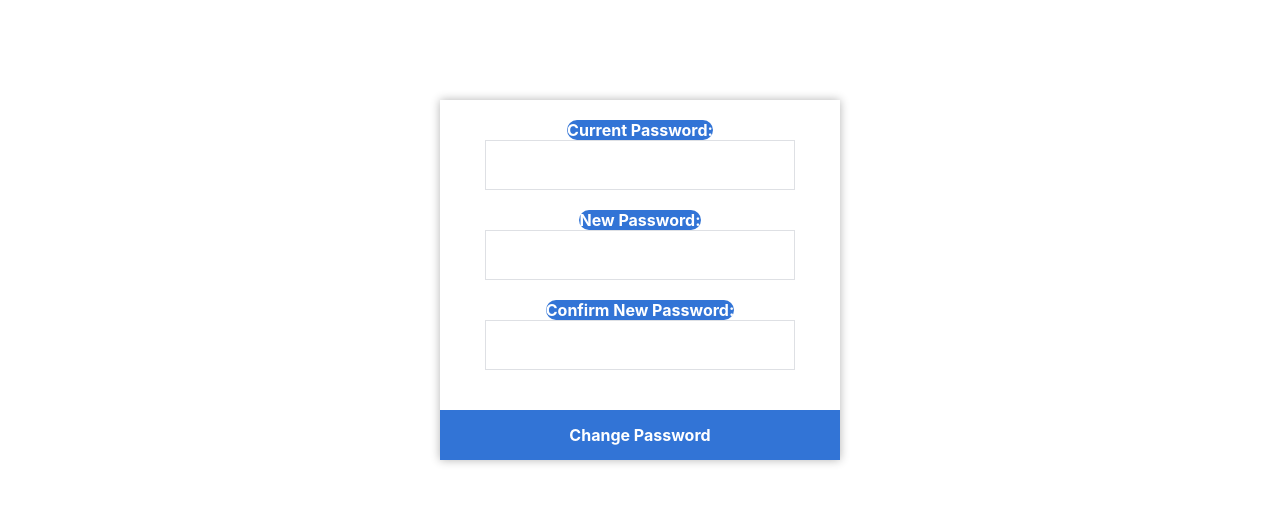
Repository: beroge/proactiveIT
Page: http://localhost/phplogin/change.php
The author's editor kept a copy of each file at every save. The page is drawn from the files as they stood at one save, then again after a run of saves.
The browser window is 1280 px wide. The pictures show the whole page.
The page is run by PHP 8.4 with error messages shown; the project is at /var/www/html/.

Above is the page before, as saved 2023-05-01 14:25:12.

After the next 4 saves:
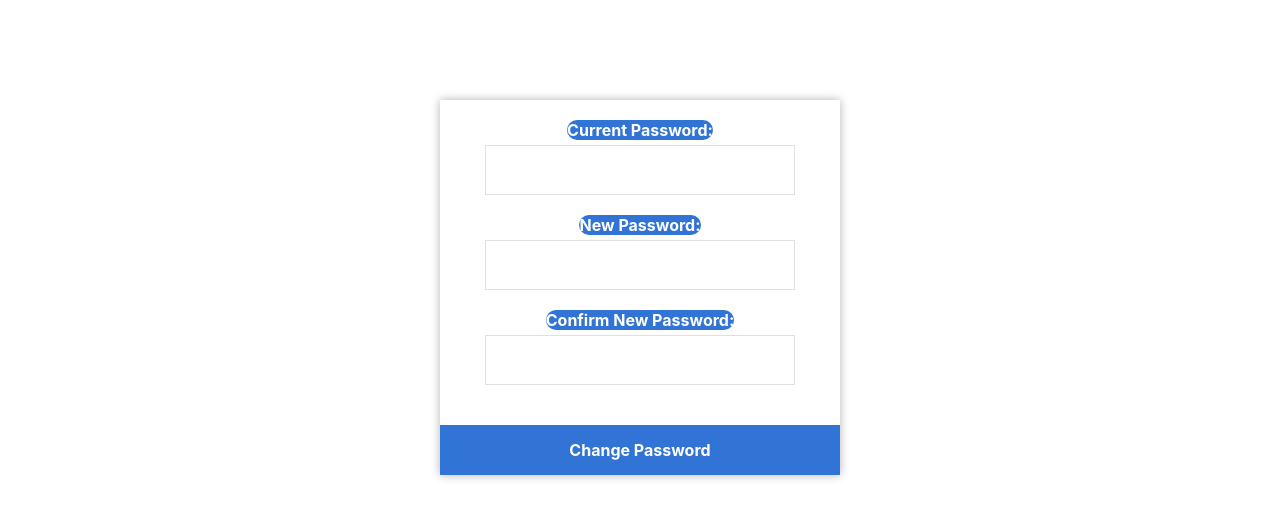
The 4 saves are shown as one change because they came seconds apart.
The last was saved 11 s later.
--- a/admin/data/phplogin/style.css
+++ b/admin/data/phplogin/style.css
@@ -46,7 +46,8 @@ body {
     color: #ffffff;
     font-weight: bold;
     border-radius: 30px;
-    margin-bottom: ;
+    margin-bottom: 5px;
+    padding
 }
 .login form input[type="password"], .login form input[type="text"] {
     width: 310px;
